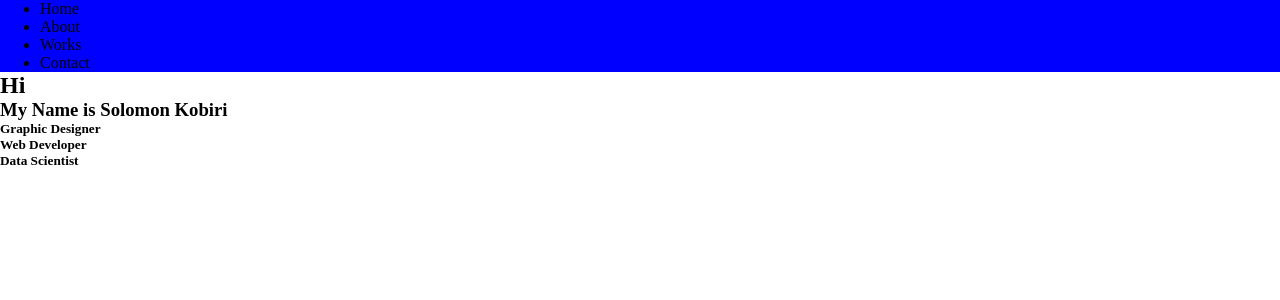
Repository: Kwabena-Kobiri/yellocoders
Page: index.html
These files come from the project's save history. The page is drawn as it stood at one moment and after the next save; the edit follows.
The browser window is 1280 px wide. The pictures show the whole page.

Above is the page before, as saved 2021-05-05 18:39:35.

### index.html
<!DOCTYPE html>
<html lang="en">
<head>
    <meta charset="UTF-8">
    <meta http-equiv="X-UA-Compatible" content="IE=edge">
    <meta name="viewport" content="width=device-width, initial-scale=1.0">
    <link rel="stylesheet" href="index.css" />
    <title>Y'ello</title>
</head>
<body>
    <!-- HEADER COMPONENT STARTS HERE -->
    <header id="header">
        <nav id="nav">
            <ul>
                <li>Home</li>
                <li>About</li>
                <li>Works</li>
                <li>Contact</li>
            </ul>
        </nav>
    </header>
    <!-- HEADER COMPONENT ENDS HERE -->


    <!-- LANDING PAGE STARTS HERE  -->
    <section id="LandingPage">
        <div class="Details">
            <h1>Hi</h1>
            <h3>My Name is Solomon Kobiri</h3>
        </div>
        <div class="Skills">
            <h5>Graphic Designer</h5>
            <h5>Web Developer</h5>
            <h5>Data Scientist</h5>
        </div>
    </section>
    <!-- LANDING PAGE ENDS HERE -->
</body>
</html>

### index.css
* {
    /* background-color: red; */
    margin: 0px;
}

/* HEADER STYLING STARTS HERE */
#header {
    background-color:red;
}

#nav {
    background-color: blue;
}

/* HEADER STYLING ENDS HERE */

After the next save:
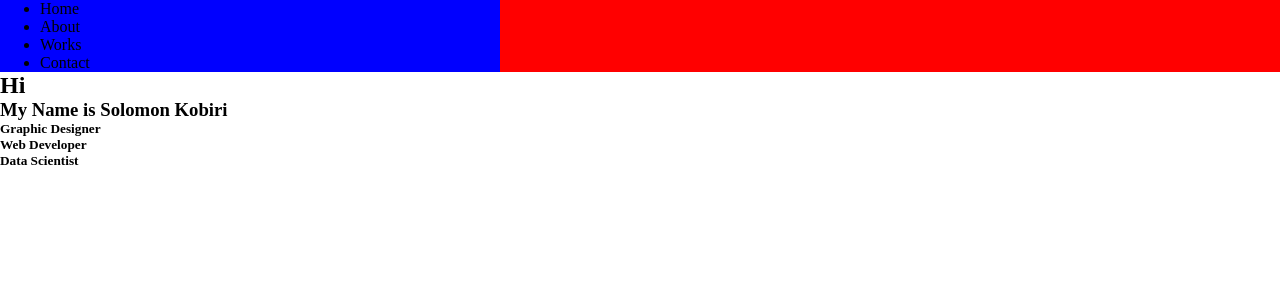
Saved 18 s later.
--- a/index.css
+++ b/index.css
@@ -10,6 +10,7 @@
 
 #nav {
     background-color: blue;
+    width: 500px;
 }
 
 /* HEADER STYLING ENDS HERE */
